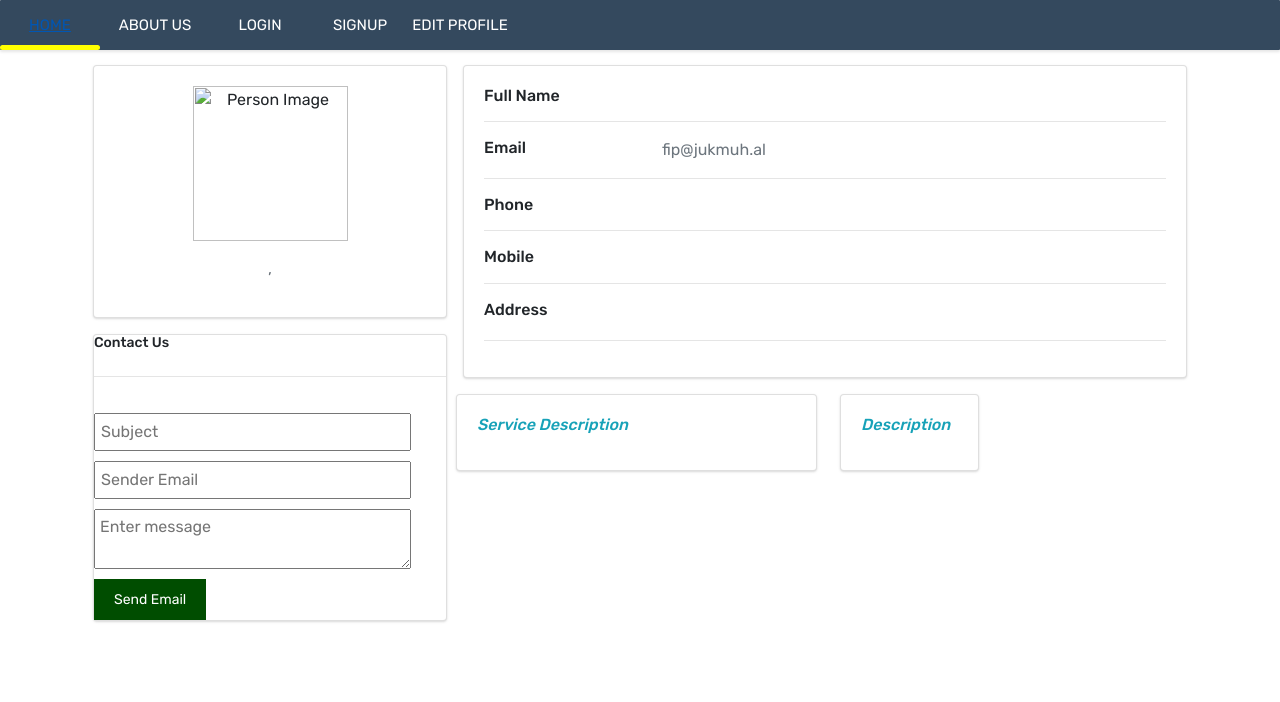
Repository: Chitti-g-k/Paw-Takers
Page: templates/profilepage.html
An editor plug-in stored every save of this project. The page is shown before and after the next save, followed by the edit.
The browser window is 1280 px wide. The pictures show the whole page.
The template is drawn by Django 4.2. The application's start-up code is not run. The template is opened directly, without the code that normally fills it, so the values that code supplies are empty.

Above is the page before, as saved 2023-07-16 09:01:43.

After the next save:
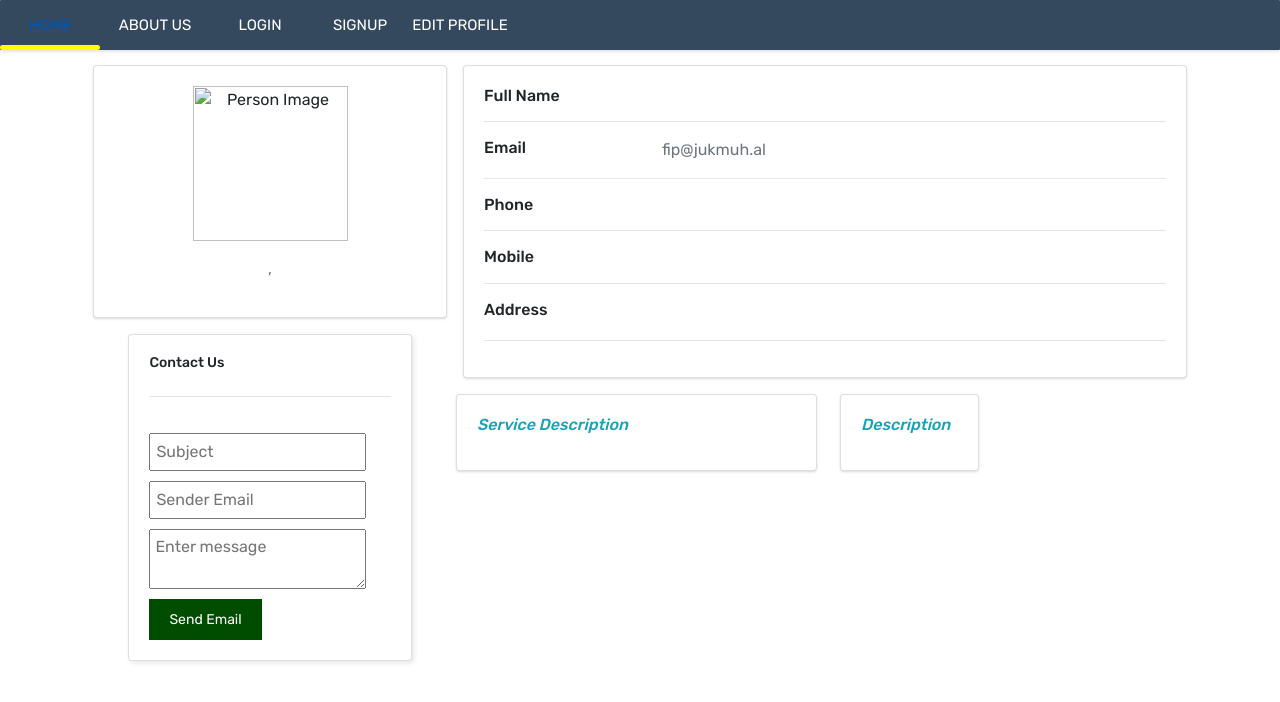
Saved 21 s later.
--- a/templates/profilepage.html
+++ b/templates/profilepage.html
@@ -244,7 +244,7 @@
                           </div>
                         </div>
                       </div>
-                      <div class="card mt-3">
+                      <div class="card mt-3 content-box">
 
                             <h2 style="font-size: 14px;">Contact Us</h2>
                             <hr>
